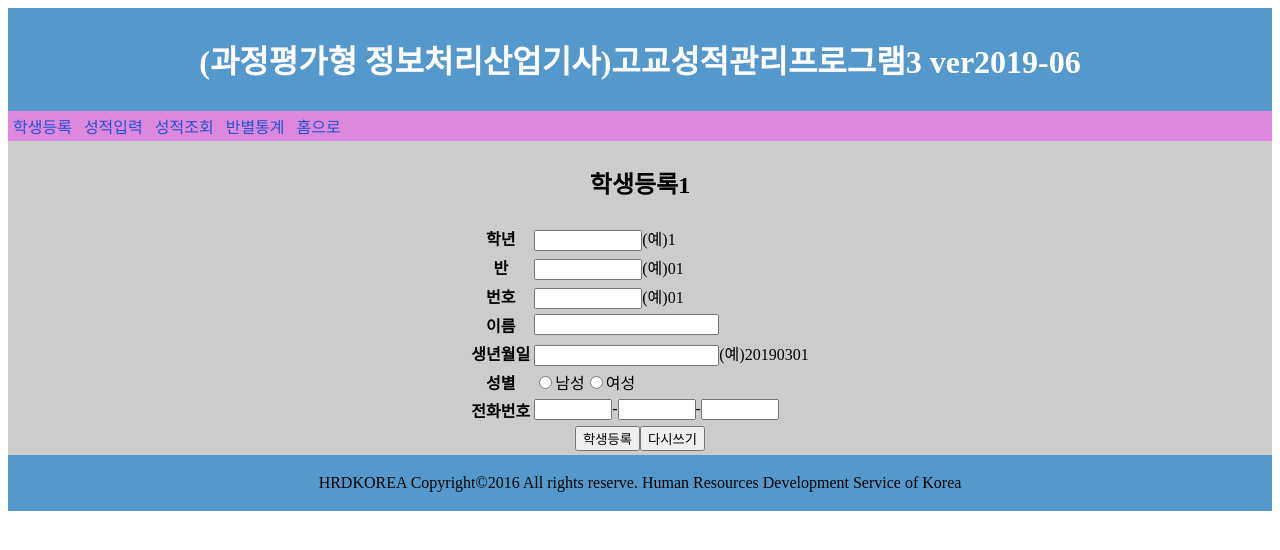
Repository: bolbbal/jdbc
Page: http://localhost/cbq_99/sub1.jsp
These files come from the project's save history. The page is drawn as it stood at one moment and after the next save; the edit follows.
The browser window is 1280 px wide. The pictures show the whole page.
The page is served by Tomcat 9.

Above is the page before, as saved 2024-08-26 06:15:15.

After the next save:
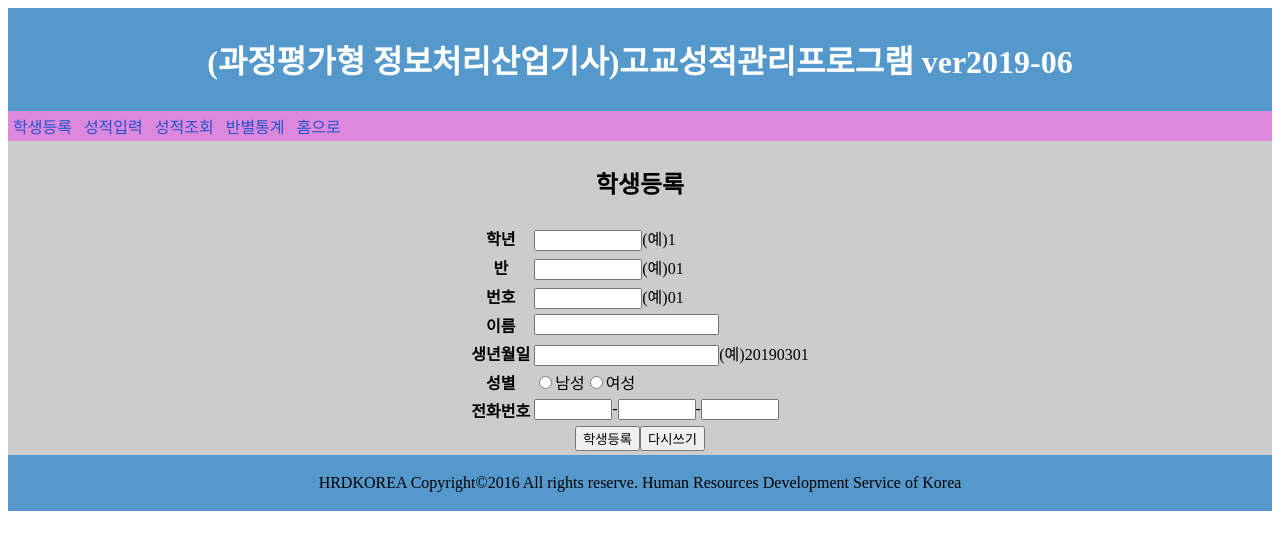
Saved 14 s later.
--- a/javastudy18/jspStudy/cbq_99/cbq_99/WebContent/sub1.jsp
+++ b/javastudy18/jspStudy/cbq_99/cbq_99/WebContent/sub1.jsp
@@ -115,7 +115,7 @@
 </head>
 <body>
 	<header>
-		<h1>(과정평가형 정보처리산업기사)고교성적관리프로그램3 ver2019-06</h1>
+		<h1>(과정평가형 정보처리산업기사)고교성적관리프로그램 ver2019-06</h1>
 	</header>
 	<nav>
 		<a href="sub1.jsp">학생등록</a> <a href="sub2.jsp">성적입력</a> <a
@@ -123,7 +123,7 @@
 			href="index.jsp">홈으로</a>
 	</nav>
 	<section>
-		<h2>학생등록1</h2>
+		<h2>학생등록</h2>
 		<form name="my" method="post" action="sub1pro.jsp"
 			onsubmit="return check()">
 			<table>
